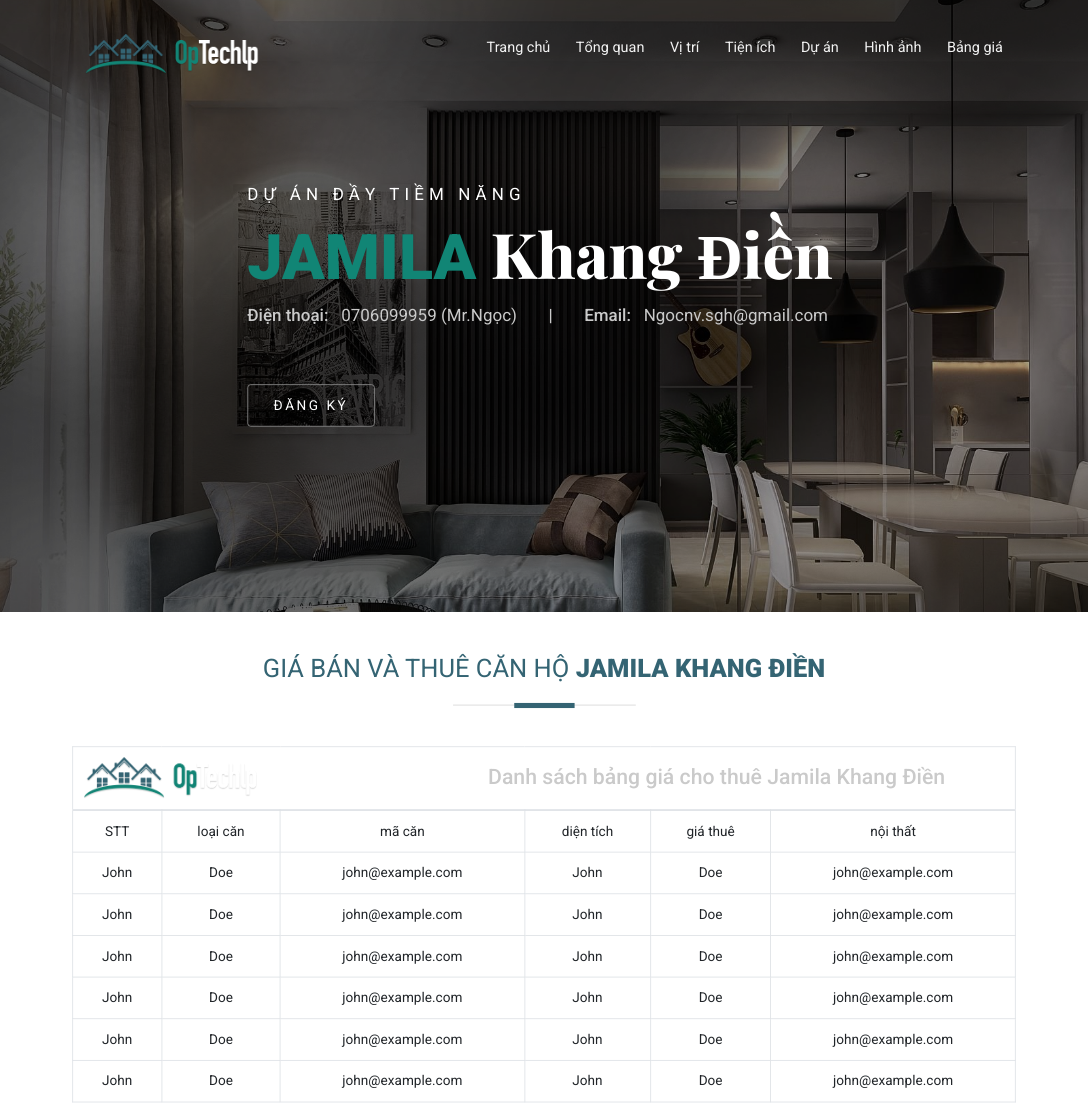
Repository: phunobi1807/Myweb
Page: index.html
The author's editor kept a copy of each file at every save. The page is drawn from the files as they stood at one save, then again after the next save.
The browser window is 1280 px wide. The pictures show the whole page, at 85% of full size.
Some web fonts or font styles are not loaded; a fallback is used.

Above is the page before, as saved 2021-05-14 13:38:24.

After the next save:
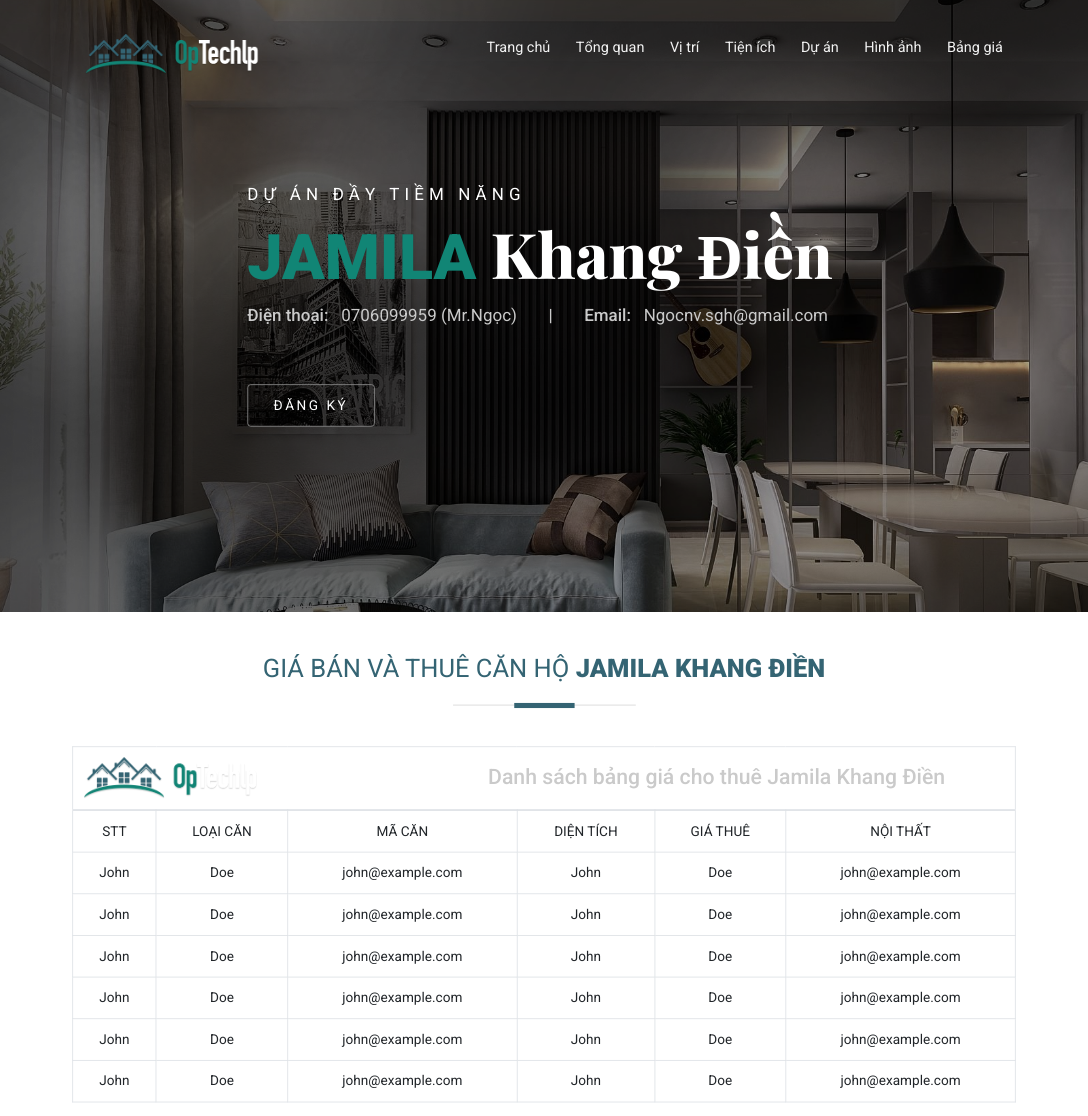
Saved 14 s later.
--- a/css/style.css
+++ b/css/style.css
@@ -199,4 +199,8 @@
         /* color: #fff; */
         font-size: 25px;
     }
+
+    #list-title {
+        text-transform: uppercase;
+    }
     /* end giá bán căn hộ trong bảng  */

After the save that followed:
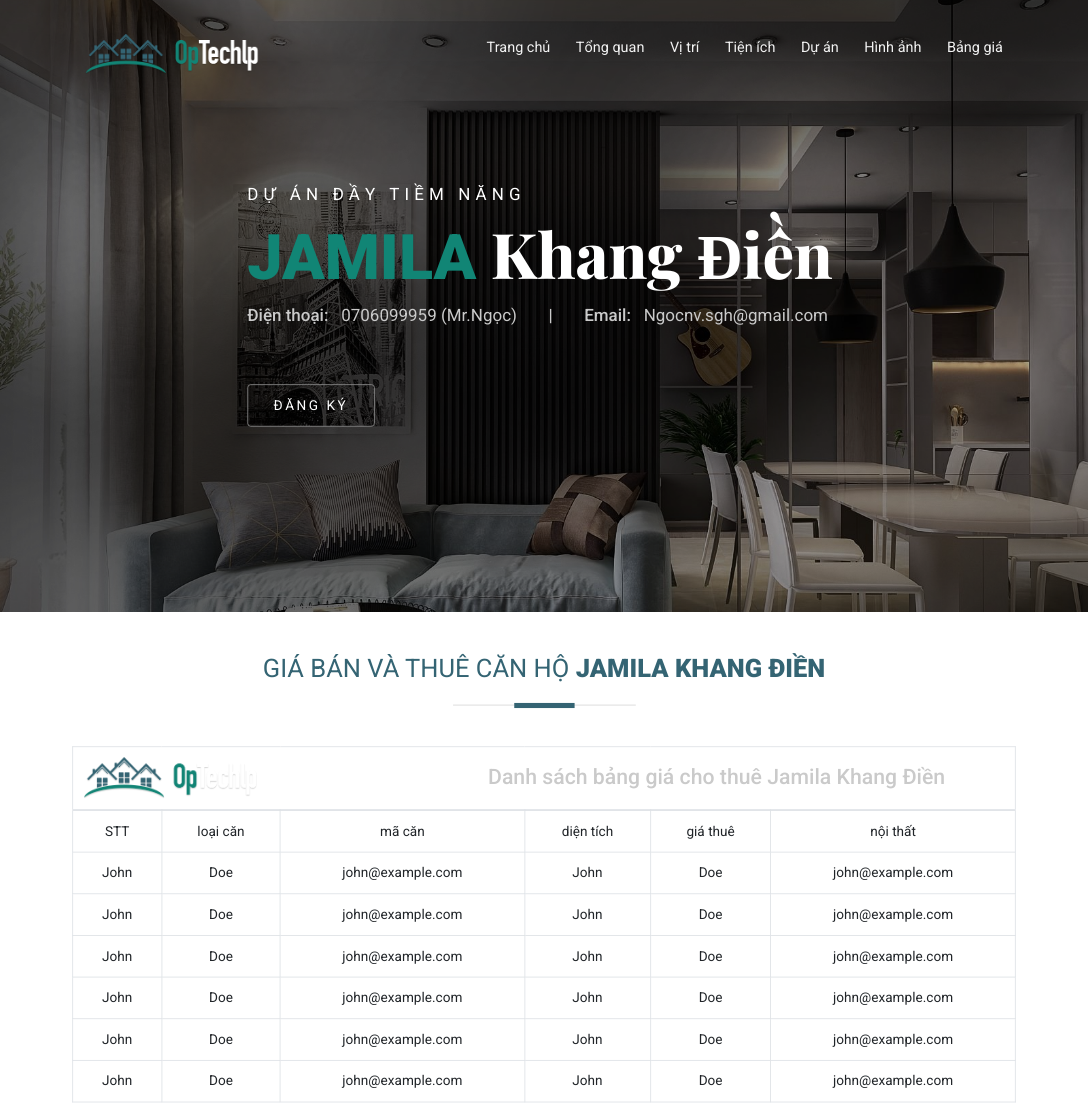
Saved 41 s later.
--- a/index.html
+++ b/index.html
@@ -58,7 +58,7 @@
                         </tr>
                     </thead>
                     <tbody>
-                        <tr id="list-title">
+                        <tr class="list-title">
                             <td>STT</td>
                             <td>loại căn</td>
                             <td>mã căn</td>
